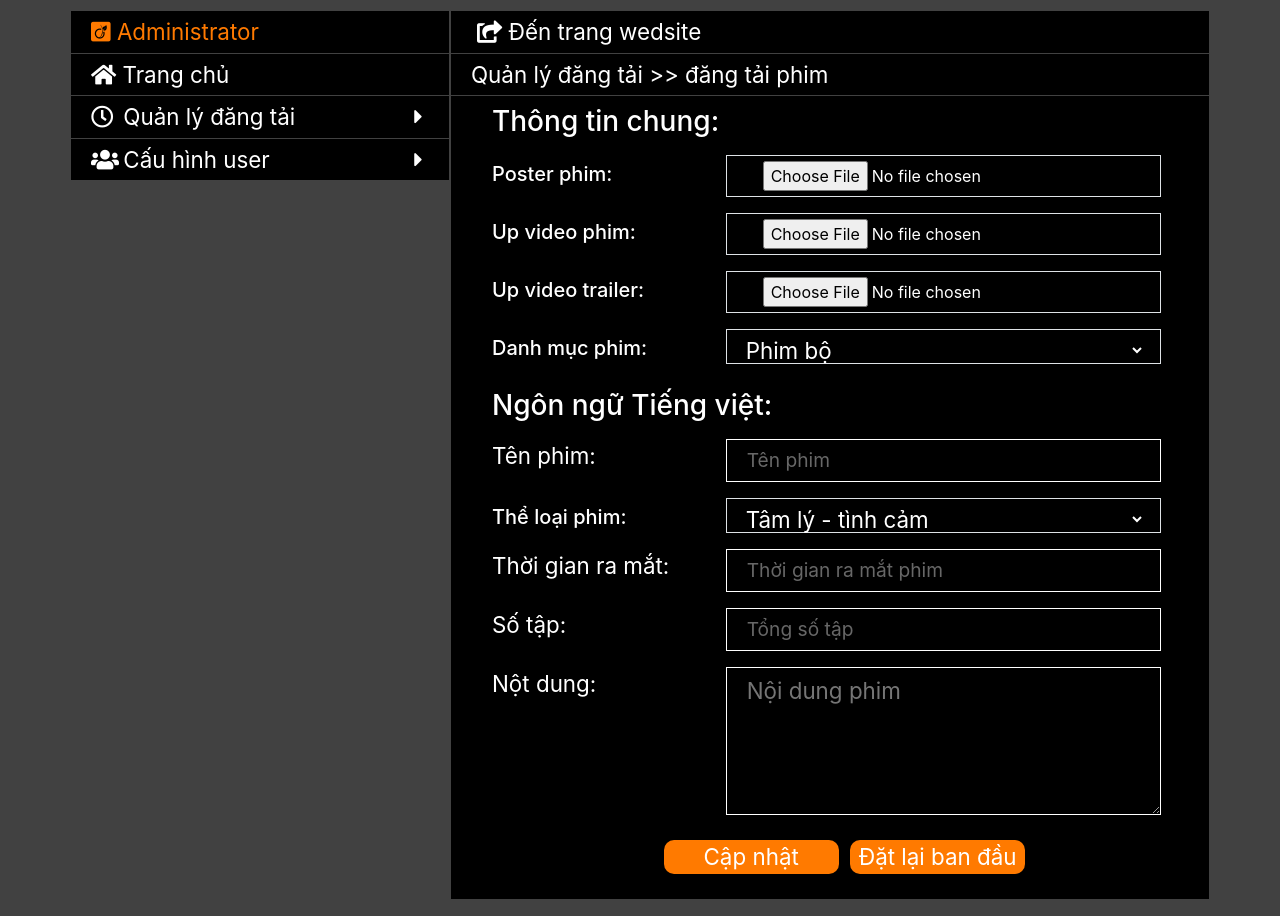
Repository: SonNguyen892002/Lau-Dai-Code
Page: http://localhost/wed-jdbc-1-2023/views/admin/dangtaiphim.jsp
The author's editor kept a copy of each file at every save. The page is drawn from the files as they stood at one save, then again after the next save.
The browser window is 1280 px wide. The pictures show the whole page.
The page is served by Tomcat 9. Nobody is signed in. The application's start-up code is not run. Other server files are loaded and not shown.

Above is the page before, as saved 2022-01-15 10:23:52.

### workspace/wed-jdbc-1-2023/src/main/webapp/views/admin/dangtaiphim.jsp
<%@ page language="java" contentType="text/html; charset=UTF-8"
	pageEncoding="UTF-8"%>

<%@ include file="header.jsp" %>

<form action="">

	<div class="black p2">
		<h3>Thông tin chung:</h3>

		<div class="row mt">
			<div class="col-xl-4">
				<h5>Poster phim:</h5>
			</div>

			<div class="col-xl-7 border">
				<input class="p2" type="file" name="" id="">
			</div>
		</div>

		<div class="row mt">
			<div class="col-xl-4">
				<h5>Up video phim:</h5>
			</div>

			<div class="col-xl-7 border">
				<input class="p2" type="file" name="" id="">
			</div>
		</div>

		<div class="row mt">
			<div class="col-xl-4">
				<h5>Up video trailer:</h5>
			</div>

			<div class="col-xl-7 border">
				<input class="p2" type="file" name="" id="">
			</div>
		</div>

		<div class="row mt mb">
			<div class="col-xl-4">
				<h5>Danh mục phim:</h5>
			</div>

			<div class="col-xl-7 border">
				<select name="danhmuc" id="">
					<option value="1">Phim bộ</option>
					<option value="2">Phim lẻ</option>
					<option value="3">Phim hoạt hình</option>
					<option value="4">Phim sắp chiếu</option>
				</select>
			</div>
		</div>
	</div>

	<div class="black p2">
		<h3>Ngôn ngữ Tiếng việt:</h3>

		<div class="row mt">
			<div class="col-xl-4">
				<label for="userfim">Tên phim:</label>
			</div>

			<div class="col-xl-7 p0">
				<input type="text" name="" id="userfim" placeholder="Tên phim">
			</div>
		</div>

		<div class="row mt">
			<div class="col-xl-4">
				<h5>Thể loại phim:</h5>
			</div>

			<div class="col-xl-7 border">
				<select name="danhmuc" id="">
					<option value="1">Tâm lý - tình cảm</option>
					<option value="2">Võ thuật</option>
					<option value="3">Phim Thiếu nhi</option>
					<option value="4">Khoa học - viễn tưởng</option>
					<option value="5">Cổ trang</option>
					<option value="6">Kinh dị</option>
					<option value="7">Hài hước</option>
				</select>
			</div>
		</div>

		<div class="row mt">
			<div class="col-xl-4">
				<label for="loock">Thời gian ra mắt:</label>
			</div>

			<div class="col-xl-7 p0">
				<input type="text" name="" id="loock"
					placeholder="Thời gian ra mắt phim">
			</div>
		</div>

		<div class="row mt">
			<div class="col-xl-4">
				<label for="episode">Số tập:</label>
			</div>

			<div class="col-xl-7 p0">
				<input type="text" name="" id="episode" placeholder="Tổng số tập">
			</div>
		</div>

		<div class="row mt mb">
			<div class="col-xl-4">
				<label for="textar">Nột dung:</label>
			</div>

			<div class="col-xl-7 p0">
				<textarea name="" id="textar" rows="4" placeholder="Nội dung phim"></textarea>
			</div>
		</div>

		<div class="row center mt mb">
			<div class="col-xl-3 col-lg-3 col-sm-3 col-3 p0">
				<input type="button" value="Cập nhật">
			</div>

			<div class="col-xl-3 col-lg-3 col-sm-3 col-3 p0">
				<input type="reset" value="Đặt lại ban đầu">
			</div>
		</div>
	</div>

</form>

<script>
	const btnA = document.querySelector('.t');
	const btnB = document.querySelector('#menu a');
	btnB.classList.add('active');
	btnA.innerHTML = "Quản lý đăng tải >> đăng tải phim";
</script>

<%@ include file="footer.jsp" %>

### workspace/wed-jdbc-1-2023/src/main/webapp/views/admin/header.jsp
<%@ page language="java" contentType="text/html; charset=UTF-8"
    pageEncoding="UTF-8"%>
<!DOCTYPE html>
<html>
<head>
    <meta charset="UTF-8">
    <title>admin</title>
    <link rel="stylesheet" href="./styleadmin.css">
    <link rel="stylesheet" href="../fontawesome-free-5.15.3-web/css/all.min.css">
    <link rel="stylesheet" href="https://cdn.jsdelivr.net/npm/bootstrap@4.6.1/dist/css/bootstrap.min.css">
</head>
<body>

    <div class="container mb">
        <div class="row">

            <div class="col-xl-4 p0">

                <div class="black p2 sz">
                    <i class="fab fa-viadeo-square"></i>
                    Administrator
                </div>

                <div class="black p2">
                    <i class="fas fa-home"></i>
                    Trang chủ
                </div>

                <!-- QUẢN LÝ ĐĂNG TẢI -->
                <div class="black p2">
                    <div id="btn" onclick="Button()" class="row">
                        <div class="col-xl-1">
                            <i class="far fa-clock"></i>
                        </div>

                        <div class="col-xl-9">
                            <span>
                                Quản lý đăng tải
                            </span>
                        </div>

                        <div class="col-xl-2">
                            <span class="a">
                                <i class="fas fa-caret-right"></i>
                            </span>
                        </div>
                    </div>

                    <div id="menu" class="off">
                        <a href="./dangtaiphim.jsp" class="black p2">
                            <i class="fas fa-angle-right"></i>
                            <span>Đăng tải phim</span>
                        </a>

                        <a href="./qlphim.jsp" class="black p2">
                            <i class="fas fa-angle-right"></i>
                            <span>Quản lý phim</span>
                        </a>
                    </div>
                </div>

                <!-- CẤU HÌNH USER -->
                <div class="black p2">
                    <div id="btn" onclick="Button1()" class="row">
                        <div class="col-xl-1 col-lg-1 col-sm-1 col-1">
                            <i class="fas fa-users"></i>
                        </div>

                        <div class="col-xl-9 col-lg-9 col-sm-9 col-9">
                            <span>
                                Cấu hình user
                            </span>
                        </div>

                        <div class="col-xl-2 col-lg-2 col-sm-2 col-2">
                            <span class="a1">
                                <i class="fas fa-caret-right"></i>
                            </span>
                        </div>
                    </div>

                    <div id="menu1" class="off">
                        <a href="./tkadmin.jsp" class="black p2">
                            <i class="fas fa-angle-right"></i>
                            <span>Tài khoản admin</span>
                        </a>

                        <a href="./phanquyen.jsp" class="black p2">
                            <i class="fas fa-angle-right"></i>
                            <span>Phân quyền</span>
                        </a>

                        <a href="./qluser.jsp" class="black p2">
                            <i class="fas fa-angle-right"></i>
                            <span>Quản lý user</span>
                        </a>
                    </div>
                </div>

            </div>

            <div class="col-xl-8 p0">

                <div class="black p2">
                    <a href="#">
                        <i class="fas fa-share-square"></i>
                        Đến trang wedsite
                    </a>
                </div>

                <div class="black p2">
                    <span class="t">Quản lý đăng tải >></span>
                </div>

                <div class="black p2">

### workspace/wed-jdbc-1-2023/src/main/webapp/views/admin/footer.jsp
</div>
            </div>
        </div>

    </div>

    <script>
        const navMenu = document.querySelector('#menu');
        const navMenu1 = document.querySelector('#menu1');
        const navDown = document.querySelector('.a');
        const navDown1 = document.querySelector('.a1');

        function Button() {
            navMenu.classList.toggle('off');
            navDown.classList.toggle('down');
        }

        function Button1() {
            navMenu1.classList.toggle('off');
            navDown1.classList.toggle('down');
        }
    </script>

</body>
</html>

### workspace/wed-jdbc-1-2023/src/main/webapp/decorators/admin/styleadmin.css
:root{
    --color-orange: #FF7A00;
    --color-white: rgb(255, 255, 255);
    --background-black: #000;
}

*{
    padding: 0;
    margin: 0;
    box-sizing: border-box;
}

body{
    background-color: #414141 !important;
    font-size: 62.5%;
    font-family: 'Lato', sans-serif;
}

a{
    color: var(--color-white) !important;
    display: block;
    margin: 0 6px;
    transition: 0.2s;
}

.white{
    background-color: var(--color-white);
    color:rgb(73, 22, 22);
    padding: 6px 16px;
}

.backgr{
    background-color: var(--color-white);
    color:#000 !important;
    border-radius: 8px;
}

.backgr:hover{
    background-color: var(--color-orange);
    color:#fff !important;
}

.p3{
    padding: 2px 6px !important;
}

.p4{
    padding: 0 0 0 6px !important;
}

#btn:hover,
a:hover{
    text-decoration: none !important;
    color: var(--color-orange) !important;
    cursor: pointer;
}

.container{
    margin-top: 10px;
}

.black{
    background-color: var(--background-black);
    color: var(--color-white);
    font-size: 1.4rem;
}

.p0{
    padding: 0 !important;
}

.p2{
    padding: 4px 0 4px 20px;
    margin: 1px !important;
}

.mt{
    margin-top: 16px;
}

.m0{
    margin: 0 !important;
}

.mb{
    margin-bottom: 16px;
}

.mr{
    margin-right: 16px;
}

.sz{
    color: var(--color-orange);
}

.off{
    display: none;
}

.down{
    transform:rotate(90deg);
    display: inline-block;
}

.active{
    color: var(--color-orange) !important;
}

.border{
    border: 1px solid #fff;
}

.border input{
    font-size:1rem;
}

h5{
    transform: translateY(30%);
}

select{
    width: 100%;
    background-color: transparent;
    transform: translateY(14%);
    color: #fff;
    outline: none;
    border: none;
}

select option{
    color: #000;
}

input[type="text"],
input[type="password"],
textarea {
    width: 100%;
    background-color: transparent;
    border: 1px solid #fff;
    color: #fff;
    outline: none;
    padding: 6px 0 6px 20px;
    font-size:1.2rem;
}

input[type="text"]::placeholder{
    color: rgba(255, 255, 255, 0.404);
}

input[type="button"],
input[type="reset"]{
    width: 94%;
    color: var(--color-white);
    background-color: var(--color-orange);
    border-radius:10px;
    outline: none;
    border: none;
}

input[type="checkbox"]{
    transform: translateY(18%);
    width: 26px;
    height: 26px;
}

.ct,
td,th{
    text-align: center !important;
}

.center{
    justify-content: center;
}

table{
    width: 98%;
}

th{
    border: 1px solid rgba(255, 72, 0, 0.5);
    font-size: 1.4rem;
    font-weight: 500;
}

td{
    background: var(--color-white);
    border: 1px solid rgba(255, 72, 0, 0.5);
    color: #000;
    font-weight: 900;
}

#btnPassword{
    position: relative;
}

#btnPassword i{
    transform: translateY(20%);
}

#btnPassword::before{
    content: "";
    position: absolute;
    top: 46%;
    left: -8%;
    width: 80%;
    height: 2px;
    background: var(--color-white);
    display: block;
    transform:rotate(45deg);
}

.b::before{
    display: none !important;
}

Loaded but not shown: workspace/wed-jdbc-1-2023/src/main/webapp/template/icon/fontawesome-free-5.15.3-web/css/all.min.css (library)

After the next save:
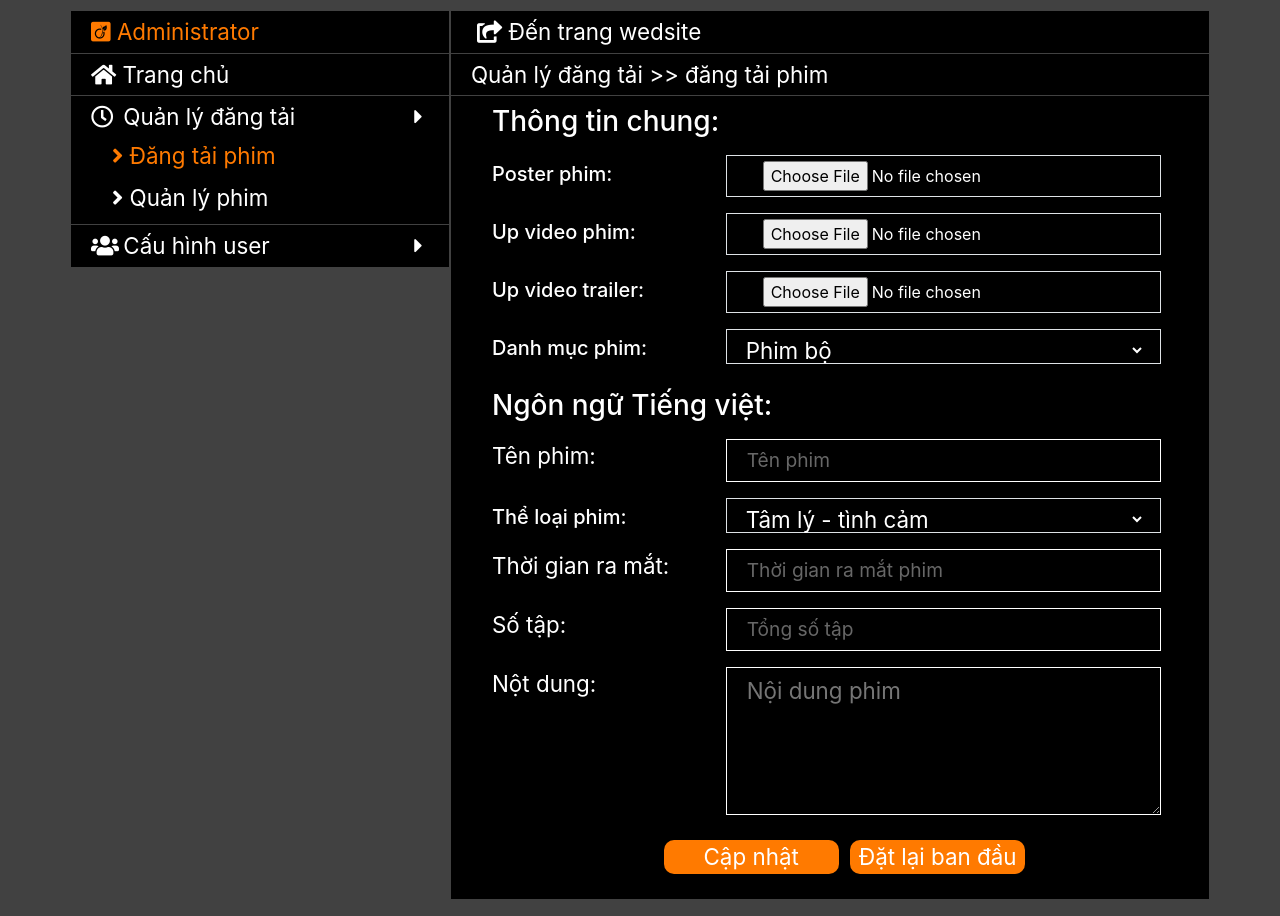
Saved 38 min 27 s later.
--- a/workspace/wed-jdbc-1-2023/src/main/webapp/views/admin/dangtaiphim.jsp
+++ b/workspace/wed-jdbc-1-2023/src/main/webapp/views/admin/dangtaiphim.jsp
@@ -132,6 +132,8 @@
 <script>
 	const btnA = document.querySelector('.t');
 	const btnB = document.querySelector('#menu a');
+	document.querySelector('#menu').classList.remove('off');
+
 	btnB.classList.add('active');
 	btnA.innerHTML = "Quản lý đăng tải >> đăng tải phim";
 </script>
